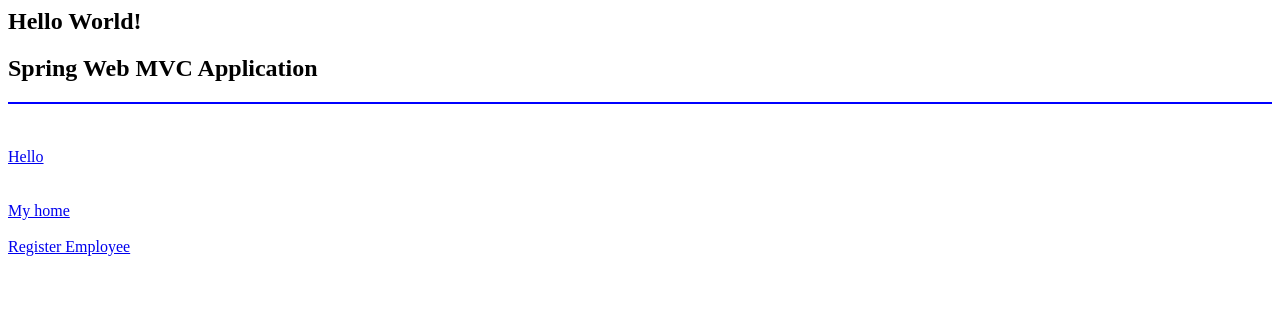
Repository: bharatiba/spring-training
Page: http://localhost/spring-web/
The author's editor kept a copy of each file at every save. The page is drawn from the files as they stood at one save, then again after the next save.
The browser window is 1280 px wide. The pictures show the whole page.
The page is served by Tomcat 9. Other server files are loaded and not shown.

Above is the page before, as saved 2022-03-02 04:30:09.

### spring-web/src/main/webapp/index.jsp
<html>
<body>
<h2>Hello World!</h2>
<div>

<h2>Spring Web MVC Application</h2>
<hr color="blue">
<br><br>
<a href="Hello">Hello</a>
<br><br>

<br>
<a href="myHome">My home</a>
<br>

<br>
<a href="employeeform">Register Employee</a>
<br>




</div>
</body>
</html>

After the next save:
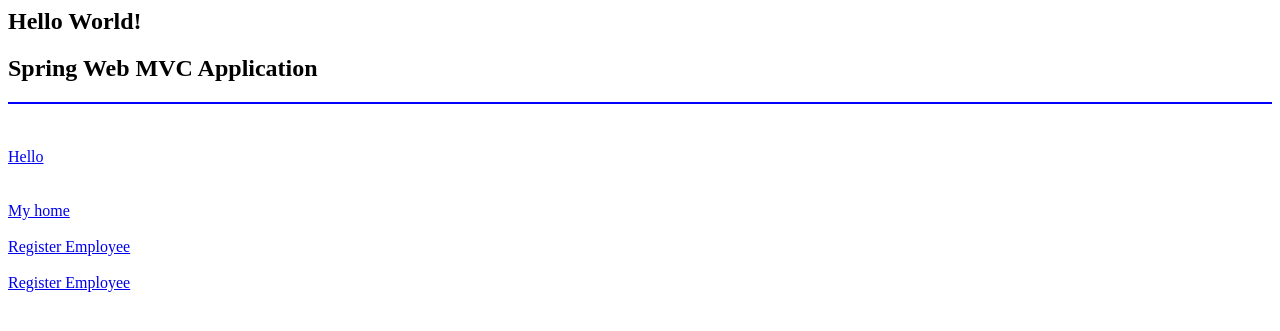
Saved 15 s later.
--- a/spring-web/src/main/webapp/index.jsp
+++ b/spring-web/src/main/webapp/index.jsp
@@ -18,7 +18,9 @@
 <br>
 
 
-
+<br>
+<a href="bye">Register Employee</a>
+<br>
 
 </div>
 </body>
